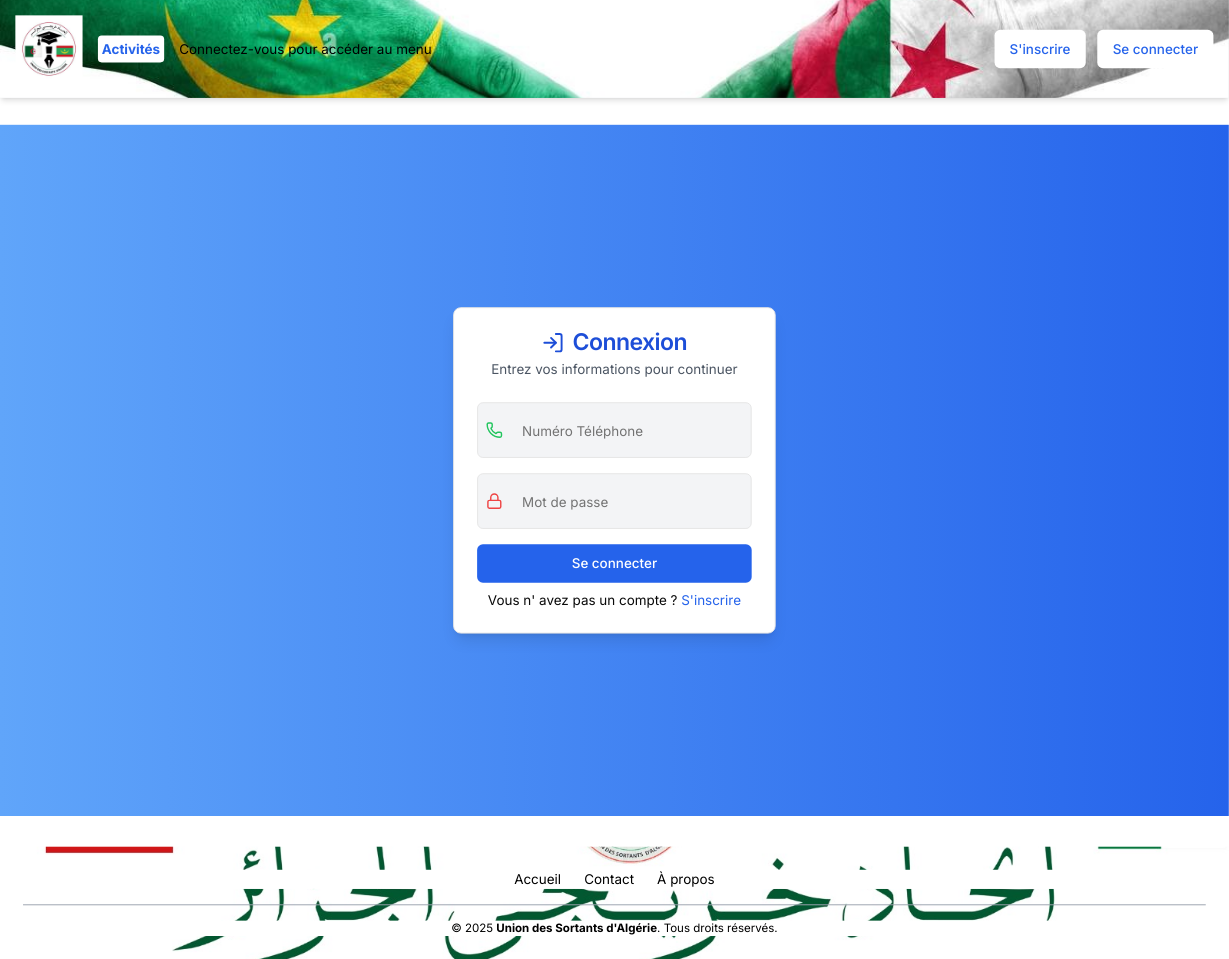
Repository: lamatmed/usa
Page: /login
The author's editor kept a copy of each file at every save. The page is drawn from the files as they stood at one save, then again after the next save.
The browser window is 1280 px wide. The pictures show the whole page, at 96% of full size.
The project was rebuilt for these pictures with package versions that can differ from the ones it lists, and the page was loaded fresh each time. The framework's server and built-in components were replaced by stand-ins that run in the browser. Also part of the build but not shown: next.config.js, components/ui/dropdown-menu.tsx.

Above is the page before, as saved 2025-04-11 13:11:03.

### app/layout.tsx
import "./globals.css";
import type { Metadata } from "next";
import { Inter } from "next/font/google";
import { AuthProvider } from "@/components/AuthContext";
import NavBar from "@/components/NavBar";
import { Toaster } from "@/components/ui/toaster";
import Footer from "@/components/Footer";

const inter = Inter({ subsets: ["latin"] });

export const metadata: Metadata = {
  title: "Union des Sortants  d'Algérie",
  description: "Application",
  icons: "/R.png",
};

export default function RootLayout({
  children,
}: {
  children: React.ReactNode;
}) {
  return (
    <html lang="fr" className={inter.className} suppressHydrationWarning>
      <body className="flex flex-col min-h-screen">
        <AuthProvider>
          <NavBar />
          <main className="flex-grow mt-7">{children}</main>
          <Footer />
        </AuthProvider>
        <Toaster /> {/* Placer Toaster en dehors d'AuthProvider pour éviter sa réinitialisation */}
      </body>
    </html>
  );
}

### app/login/page.tsx
"use client";

import { useState, useContext, useEffect } from "react";
import { useRouter } from "next/navigation";
import { AuthContext } from "@/components/AuthContext";
import { Button } from "@/components/ui/button";
import { Input } from "@/components/ui/input";
import { Card, CardContent, CardDescription, CardHeader, CardTitle } from "@/components/ui/card";
import { useToast } from "@/hooks/use-toast";
import { motion } from "framer-motion";
import { LogIn, Phone, Lock } from "lucide-react"; // Import des icônes

const Login = () => {
  const [nni, setNni] = useState("");
  const [password, setPassword] = useState("");
  const [loading, setLoading] = useState(false);
  const router = useRouter();
  const { toast } = useToast();
  const auth = useContext(AuthContext);
  const { user } = auth ?? {};

  useEffect(() => {
    if (user) {
      router.push("/dashboard");
    }
  }, [user, router]);


  const handleLogin = async () => {
    setLoading(true);
    try {
      const response = await fetch("/api/auth", {
        method: "POST",
        headers: { "Content-Type": "application/json" },
        body: JSON.stringify({ nni, password }),
      });

      const data = await response.json();

      if (response.ok && auth) {
        auth.login(data.token);
        toast({ title: "Connexion réussie", description: "Bienvenue!" });
        router.push("/dashboard");
      } else {
        toast({ title: "Erreur", description: data.message, variant: "destructive" });
      }
    } catch (error) {
      toast({ title: "Erreur", description: "Une erreur est survenue.", variant: "destructive" });
    } finally {
      setLoading(false);
    }
  };

  return (
    <div className="flex min-h-screen items-center justify-center bg-gradient-to-r from-blue-400 to-blue-600">
      <motion.div
        initial={{ opacity: 0, y: -30 }}
        animate={{ opacity: 1, y: 0 }}
        transition={{ duration: 0.6, ease: "easeOut" }}
        className="w-full max-w-sm p-6"
      >
        <Card className="shadow-lg rounded-lg bg-white ">
          <CardHeader>
            <CardTitle className="text-blue-700 text-center flex items-center justify-center gap-2">
              <LogIn className="w-6 h-6 text-blue-700" /> Connexion
            </CardTitle>
            <CardDescription className="text-center text-gray-600">
              Entrez vos informations pour continuer
            </CardDescription>
          </CardHeader>
          <CardContent>
            <motion.div
              initial={{ opacity: 0, x: -20 }}
              animate={{ opacity: 1, x: 0 }}
              transition={{ delay: 0.2, duration: 0.5 }}
              className="space-y-4"
            >
              {/* Input Téléphone */}
              <div className="flex items-center border rounded-md p-2 bg-gray-100">
                <Phone className="w-5 h-5 text-green-500 mr-2" />
                <Input
                  placeholder="Numéro Téléphone"
                  value={nni}
                  onChange={(e) => setNni(e.target.value)}
                  className="border-none bg-transparent focus:ring-0 w-full"
                />
              </div>

              {/* Input Mot de passe */}
              <div className="flex items-center border rounded-md p-2 bg-gray-100">
                <Lock className="w-5 h-5 text-red-500 mr-2" />
                <Input
                  placeholder="Mot de passe"
                  value={password}
                  onChange={(e) => setPassword(e.target.value)}
                  type="password"
                  className="border-none bg-transparent focus:ring-0 w-full"
                />
              </div>

              {/* Bouton Connexion */}
              <motion.div
                initial={{ opacity: 0, scale: 0.9 }}
                animate={{ opacity: 1, scale: 1 }}
                transition={{ delay: 0.4, duration: 0.4 }}
              >
                <Button
                  onClick={handleLogin}
                  disabled={loading}
                  className="w-full bg-blue-600 hover:bg-blue-700 text-white flex items-center justify-center gap-2"
                >
                  {loading ? "Connexion..." : "Se connecter"}
                </Button>
                <p className="text-center text-sm mt-2">
                    Vous n&apos; avez pas un compte ?{" "}
                        <a href="/register" className="text-blue-600 hover:underline">
                             S&apos;inscrire
                        </a>
                 </p>
              </motion.div>
            </motion.div>
          </CardContent>
        </Card>
      </motion.div>
    </div>
  );
};

export default Login;

### components/AuthContext.tsx
"use client";

import { createContext, useState, useEffect, useCallback } from "react";

interface User {
  nni: string;
  id: string;
  name: string;
  role: string;
  photo: string| undefined;
  address: string| undefined;
  job:  string| undefined;
  domain : string| undefined;
  cv: string| undefined
}

interface AuthContextType {
  user: User | null;
  isAuthenticated: boolean;
  login: (token: string) => void;
  logout: () => void;
}

export const AuthContext = createContext<AuthContextType | null>(null);

export function AuthProvider({ children }: { children: React.ReactNode }) {
  const [user, setUser] = useState<User | null>(null);
  const [isAuthenticated, setIsAuthenticated] = useState(false);

  // ✅ `fetchUser` est maintenant stable grâce à `useCallback`
  const fetchUser = useCallback((token: string) => {
    console.log("🔍 Envoi du token pour récupération de l'utilisateur...");

    fetch("/api/me", {
      headers: { Authorization: `Bearer ${token}` },
    })
      .then((res) => res.json())
      .then((data) => {
        console.log("🔍 Réponse API:", data);
        if (data.user) {
          setUser(data.user);
          setIsAuthenticated(true);
        } else {
          throw new Error("Utilisateur non trouvé");
        }
      })
      .catch((error) => {
        console.log("❌ Erreur lors de la récupération de l'utilisateur:", error);
        logout(); // Un seul appel ici
      });
  }, []);


  useEffect(() => {
    const token = localStorage.getItem("token");
    if (token) {
      fetchUser(token); // ✅ Plus de warning
    }
  }, [fetchUser]); // ✅ fetchUser est maintenant stable

  function login(token: string) {
    console.log("✅ Connexion réussie, stockage du token...");
    localStorage.setItem("token", token);
    fetchUser(token);
  }

  function logout() {
    console.log("🚪 Déconnexion, suppression du token...");
    localStorage.removeItem("token");
    setUser(null);
    setIsAuthenticated(false);
  }

  return (
    <AuthContext.Provider value={{ user, isAuthenticated, login, logout }}>
      {children}
    </AuthContext.Provider>
  );
}

### components/ui/toaster.tsx
'use client';

import { useToast } from '@/hooks/use-toast';
import {
  Toast,
  ToastClose,
  ToastDescription,
  ToastProvider,
  ToastTitle,
  ToastViewport,
} from '@/components/ui/toast';

export function Toaster() {
  const { toasts } = useToast();

  return (
    <ToastProvider>
      {toasts.map(function ({ id, title, description, action, ...props }) {
        return (
          <Toast key={id} {...props}>
            <div className="grid gap-1">
              {title && <ToastTitle>{title}</ToastTitle>}
              {description && (
                <ToastDescription>{description}</ToastDescription>
              )}
            </div>
            {action}
            <ToastClose />
          </Toast>
        );
      })}
      <ToastViewport />
    </ToastProvider>
  );
}

### components/Footer.tsx
"use client";

import Link from "next/link";
import { motion } from "framer-motion";

const Footer = () => {
  return (
    <motion.footer
      initial={{ opacity: 0, y: 20 }}
      animate={{ opacity: 1, y: 0 }}
      transition={{ duration: 0.6 }}
      className="w-full py-6 bg-gradient-to-r from-gray-900 to-gray-700 text-white shadow-md mt-8"
      style={{
        backgroundImage: "url('/uda.jpg')", // Remplace par ton image
        backgroundSize: "cover",
        backgroundPosition: "center",
      }}
    >
      <div className="container mx-auto px-6 max-w-7xl text-center">
        {/* Liens rapides */}
        <nav className="mb-4 flex justify-center space-x-6 bg-white text-black">
          <Link href="/" className="text-sm hover:bg-blue-400 transition ">
            Accueil
          </Link>
          <Link
            href="/contact"
            className="text-sm hover:text-blue-900transition hover:bg-blue-400 "
          >
            Contact
          </Link>
          <Link
            href="/about"
            className="text-sm hover:bg-blue-400 transition"
          >
            À propos
          </Link>
        </nav>

        {/* Copyright */}
        <div className="border-t border-gray-400 pt-4 text-center px-2 sm:px-4">
          <p className="text-[10px] sm:text-xs text-black whitespace-nowrap bg-white">
            © {new Date().getFullYear()}{" "}
            <span className="font-bold">Union des Sortants d&apos;Algérie</span>
            . Tous droits réservés.
          </p>
        </div>
      </div>
    </motion.footer>
  );
};

export default Footer;

### components/ui/button.tsx
import * as React from 'react';
import { Slot } from '@radix-ui/react-slot';
import { cva, type VariantProps } from 'class-variance-authority';

import { cn } from '@/lib/utils';

const buttonVariants = cva(
  'inline-flex items-center justify-center whitespace-nowrap rounded-md text-sm font-medium ring-offset-background transition-colors focus-visible:outline-none focus-visible:ring-2 focus-visible:ring-ring focus-visible:ring-offset-2 disabled:pointer-events-none disabled:opacity-50',
  {
    variants: {
      variant: {
        default: 'bg-primary text-primary-foreground hover:bg-primary/90',
        destructive:
          'bg-destructive text-destructive-foreground hover:bg-destructive/90',
        outline:
          'border border-input bg-background hover:bg-accent hover:text-accent-foreground',
        secondary:
          'bg-secondary text-secondary-foreground hover:bg-secondary/80',
        ghost: 'hover:bg-accent hover:text-accent-foreground',
        link: 'text-primary underline-offset-4 hover:underline',
      },
      size: {
        default: 'h-10 px-4 py-2',
        sm: 'h-9 rounded-md px-3',
        lg: 'h-11 rounded-md px-8',
        icon: 'h-10 w-10',
      },
    },
    defaultVariants: {
      variant: 'default',
      size: 'default',
    },
  }
);

export interface ButtonProps
  extends React.ButtonHTMLAttributes<HTMLButtonElement>,
    VariantProps<typeof buttonVariants> {
  asChild?: boolean;
}

const Button = React.forwardRef<HTMLButtonElement, ButtonProps>(
  ({ className, variant, size, asChild = false, ...props }, ref) => {
    const Comp = asChild ? Slot : 'button';
    return (
      <Comp
        className={cn(buttonVariants({ variant, size, className }))}
        ref={ref}
        {...props}
      />
    );
  }
);
Button.displayName = 'Button';

export { Button, buttonVariants };

### components/ui/input.tsx
import * as React from 'react';

import { cn } from '@/lib/utils';

export interface InputProps
  extends React.InputHTMLAttributes<HTMLInputElement> {}

const Input = React.forwardRef<HTMLInputElement, InputProps>(
  ({ className, type, ...props }, ref) => {
    return (
      <input
        type={type}
        className={cn(
          'flex h-10 w-full rounded-md border border-input bg-background px-3 py-2 text-sm ring-offset-background file:border-0 file:bg-transparent file:text-sm file:font-medium file:text-foreground placeholder:text-muted-foreground focus-visible:outline-none focus-visible:ring-2 focus-visible:ring-ring focus-visible:ring-offset-2 disabled:cursor-not-allowed disabled:opacity-50',
          className
        )}
        ref={ref}
        {...props}
      />
    );
  }
);
Input.displayName = 'Input';

export { Input };

### components/ui/card.tsx
import * as React from 'react';

import { cn } from '@/lib/utils';

const Card = React.forwardRef<
  HTMLDivElement,
  React.HTMLAttributes<HTMLDivElement>
>(({ className, ...props }, ref) => (
  <div
    ref={ref}
    className={cn(
      'rounded-lg border bg-card text-card-foreground shadow-sm',
      className
    )}
    {...props}
  />
));
Card.displayName = 'Card';

const CardHeader = React.forwardRef<
  HTMLDivElement,
  React.HTMLAttributes<HTMLDivElement>
>(({ className, ...props }, ref) => (
  <div
    ref={ref}
    className={cn('flex flex-col space-y-1.5 p-6', className)}
    {...props}
  />
));
CardHeader.displayName = 'CardHeader';

const CardTitle = React.forwardRef<
  HTMLParagraphElement,
  React.HTMLAttributes<HTMLHeadingElement>
>(({ className, ...props }, ref) => (
  <h3
    ref={ref}
    className={cn(
      'text-2xl font-semibold leading-none tracking-tight',
      className
    )}
    {...props}
  />
));
CardTitle.displayName = 'CardTitle';

const CardDescription = React.forwardRef<
  HTMLParagraphElement,
  React.HTMLAttributes<HTMLParagraphElement>
>(({ className, ...props }, ref) => (
  <p
    ref={ref}
    className={cn('text-sm text-muted-foreground', className)}
    {...props}
  />
));
CardDescription.displayName = 'CardDescription';

const CardContent = React.forwardRef<
  HTMLDivElement,
  React.HTMLAttributes<HTMLDivElement>
>(({ className, ...props }, ref) => (
  <div ref={ref} className={cn('p-6 pt-0', className)} {...props} />
));
CardContent.displayName = 'CardContent';

const CardFooter = React.forwardRef<
  HTMLDivElement,
  React.HTMLAttributes<HTMLDivElement>
>(({ className, ...props }, ref) => (
  <div
    ref={ref}
    className={cn('flex items-center p-6 pt-0', className)}
    {...props}
  />
));
CardFooter.displayName = 'CardFooter';

export {
  Card,
  CardHeader,
  CardFooter,
  CardTitle,
  CardDescription,
  CardContent,
};

### hooks/use-toast.ts
'use client';

import { ToastActionElement, ToastProps } from '@/components/ui/toast';
// Inspired by react-hot-toast library
import * as React from 'react';



const TOAST_LIMIT = 1;
const TOAST_REMOVE_DELAY = 1000000;

type ToasterToast = ToastProps& {
  id: string;
  title?: React.ReactNode;
  description?: React.ReactNode;
  action?: ToastActionElement;
};

const actionTypes = {
  ADD_TOAST: 'ADD_TOAST',
  UPDATE_TOAST: 'UPDATE_TOAST',
  DISMISS_TOAST: 'DISMISS_TOAST',
  REMOVE_TOAST: 'REMOVE_TOAST',
} as const;

let count = 0;

function genId() {
  count = (count + 1) % Number.MAX_SAFE_INTEGER;
  return count.toString();
}

type ActionType = typeof actionTypes;

type Action =
  | {
      type: ActionType['ADD_TOAST'];
      toast: ToasterToast;
    }
  | {
      type: ActionType['UPDATE_TOAST'];
      toast: Partial<ToasterToast>;
    }
  | {
      type: ActionType['DISMISS_TOAST'];
      toastId?: ToasterToast['id'];
    }
  | {
      type: ActionType['REMOVE_TOAST'];
      toastId?: ToasterToast['id'];
    };

interface State {
  toasts: ToasterToast[];
}

const toastTimeouts = new Map<string, ReturnType<typeof setTimeout>>();

const addToRemoveQueue = (toastId: string) => {
  if (toastTimeouts.has(toastId)) {
    return;
  }

  const timeout = setTimeout(() => {
    toastTimeouts.delete(toastId);
    dispatch({
      type: 'REMOVE_TOAST',
      toastId: toastId,
    });
  }, TOAST_REMOVE_DELAY);

  toastTimeouts.set(toastId, timeout);
};

export const reducer = (state: State, action: Action): State => {
  switch (action.type) {
    case 'ADD_TOAST':
      return {
        ...state,
        toasts: [action.toast, ...state.toasts].slice(0, TOAST_LIMIT),
      };

    case 'UPDATE_TOAST':
      return {
        ...state,
        toasts: state.toasts.map((t) =>
          t.id === action.toast.id ? { ...t, ...action.toast } : t
        ),
      };

    case 'DISMISS_TOAST': {
      const { toastId } = action;

      // ! Side effects ! - This could be extracted into a dismissToast() action,
      // but I'll keep it here for simplicity
      if (toastId) {
        addToRemoveQueue(toastId);
      } else {
        state.toasts.forEach((toast) => {
          addToRemoveQueue(toast.id);
        });
      }

      return {
        ...state,
        toasts: state.toasts.map((t) =>
          t.id === toastId || toastId === undefined
            ? {
                ...t,
                open: false,
              }
            : t
        ),
      };
    }
    case 'REMOVE_TOAST':
      if (action.toastId === undefined) {
        return {
          ...state,
          toasts: [],
        };
      }
      return {
        ...state,
        toasts: state.toasts.filter((t) => t.id !== action.toastId),
      };
  }
};

const listeners: Array<(state: State) => void> = [];

let memoryState: State = { toasts: [] };

function dispatch(action: Action) {
  memoryState = reducer(memoryState, action);
  listeners.forEach((listener) => {
    listener(memoryState);
  });
}

type Toast = Omit<ToasterToast, 'id'>;

function toast({ ...props }: Toast) {
  const id = genId();

  const update = (props: ToasterToast) =>
    dispatch({
      type: 'UPDATE_TOAST',
      toast: { ...props, id },
    });
  const dismiss = () => dispatch({ type: 'DISMISS_TOAST', toastId: id });

  dispatch({
    type: 'ADD_TOAST',
    toast: {
      ...props,
      id,
      open: true,
      onOpenChange: (open) => {
        if (!open) dismiss();
      },
    },
  });

  return {
    id: id,
    dismiss,
    update,
  };
}

function useToast() {
  const [state, setState] = React.useState<State>(memoryState);

  React.useEffect(() => {
    listeners.push(setState);
    return () => {
      const index = listeners.indexOf(setState);
      if (index > -1) {
        listeners.splice(index, 1);
      }
    };
  }, [state]);

  return {
    ...state,
    toast,
    dismiss: (toastId?: string) => dispatch({ type: 'DISMISS_TOAST', toastId }),
  };
}

export { useToast, toast };

### components/main-nav.tsx
"use client"

import Link from "next/link"
import { usePathname } from "next/navigation"
import { useContext } from "react"
import { AuthContext } from "@/components/AuthContext"
import { cn } from "@/lib/utils"
import {
  Users,
  Clipboard,
  ComputerIcon ,
  LayoutDashboard
} from "lucide-react"

type NavigationItem = {
  name: string;
  href: string;
  icon: React.ComponentType<any>;
}

type Navigation = {
  ADMIN: NavigationItem[];
  USER: NavigationItem[];

}

const navigation: Navigation = {
  ADMIN: [
    { name: "Tableau de bord", href: "/dashboard", icon: LayoutDashboard },

    { name: "Mon espace", href: "/dashboard/espace-user", icon: ComputerIcon},
    { name: "Mombres", href: "/dashboard/users", icon: Users },
    { name: "Election", href: "/dashboard/config-vote", icon: Clipboard },
  ],
  USER: [
    { name: "Tableau de bord", href: "/dashboard", icon: LayoutDashboard },
    { name: "Mon espace", href: "/dashboard/espace-user", icon: Users },

  ],

}

export function MainNav() {
  const pathname = usePathname()
  const { user, isAuthenticated } = useContext(AuthContext)!;

  // Vérifier le rôle de l'utilisateur
  const userRole = user?.role || "USER";
  const allowedNavigation = navigation[userRole as keyof Navigation] || navigation.USER;

  return (
    <nav className="flex flex-col md:flex-row items-center md:space-x-6 space-y-2 md:space-y-0">
      {isAuthenticated && user ? (
        allowedNavigation.map((item) => {
          const Icon = item.icon
          const isActive = pathname === item.href

          return (
            <Link
              key={item.href}
              href={item.href}
              className={cn(
                "flex items-center text-sm font-medium transition-colors duration-200 px-4 py-2 rounded-lg w-full md:w-auto",
                isActive
                  ? "text-blue-600 bg-gray-100 md:border-b-2 border-blue-600"
                  : "text-gray-700 bg-white hover:text-blue-500 hover:bg-gray-100"
              )}
            >
              <Icon className="mr-2 h-5 w-5" />
              {item.name}
            </Link>
          )
        })
      ) : (
        <span className="text-black text-sm">Connectez-vous pour accéder au menu</span>
      )}
    </nav>
  )
}

Loaded but not shown: app/globals.css (common file); lib/utils.ts (common file); tailwind.config.ts (common file); components/NavBar.tsx (165 lines, source omitted); components/ui/toast.tsx (129 lines, source omitted)

After the next save:
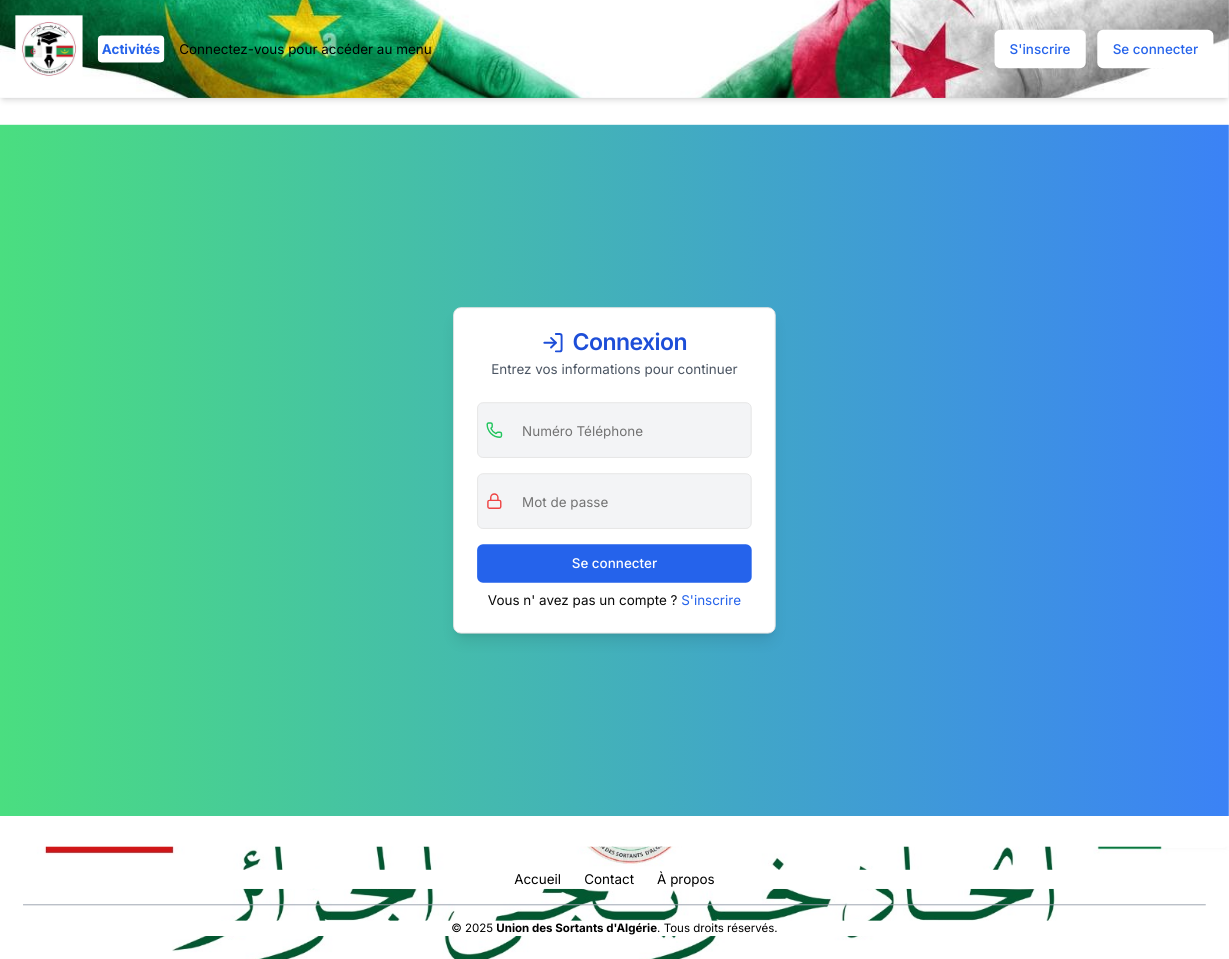
Saved 5 h 41 min later.
--- a/app/login/page.tsx
+++ b/app/login/page.tsx
@@ -52,7 +52,7 @@
   };
 
   return (
-    <div className="flex min-h-screen items-center justify-center bg-gradient-to-r from-blue-400 to-blue-600">
+    <div className="flex min-h-screen items-center justify-center bg-gradient-to-r from-green-400 to-blue-500">
       <motion.div
         initial={{ opacity: 0, y: -30 }}
         animate={{ opacity: 1, y: 0 }}
